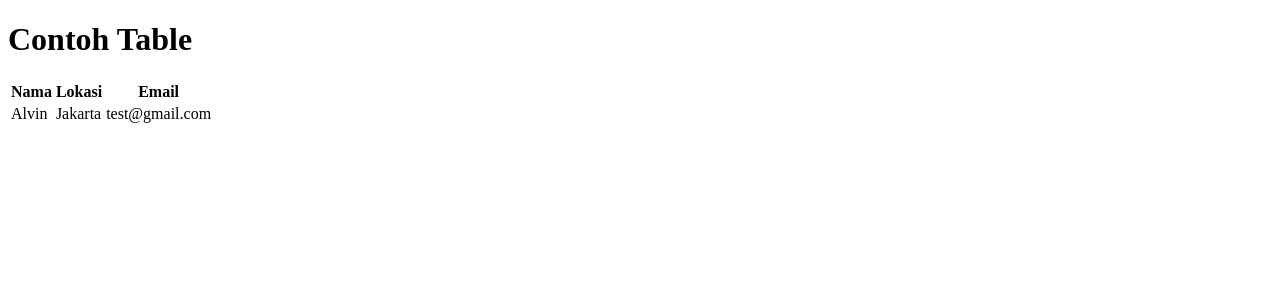
Repository: esramrsln/day2_RevoU
Page: table.html
The author's editor kept a copy of each file at every save. The page is drawn from the files as they stood at one save, then again after the next save.
The browser window is 1280 px wide. The pictures show the whole page.

Above is the page before, as saved 2024-07-23 19:39:59.

### table.html
<!DOCTYPE html>
<html>
<head>
    <meta charset="UTF-8" />
    <title>Membuat Table </title>
    <style>
        table, th, td {
            border: lpx solid black;
        }
    </style>
</head>
<body>
    <h1>Contoh Table</h1>
    <table>
        <tr>
            <th>Nama</th>
            <th>Lokasi</th>
            <th>Email</th>
        </tr>
        <tr>
            <td>Alvin</td>
            <td>Jakarta</td>
            <td>test@gmail.com</td>
        </tr>
    </table>
</body>
</html>

After the next save:
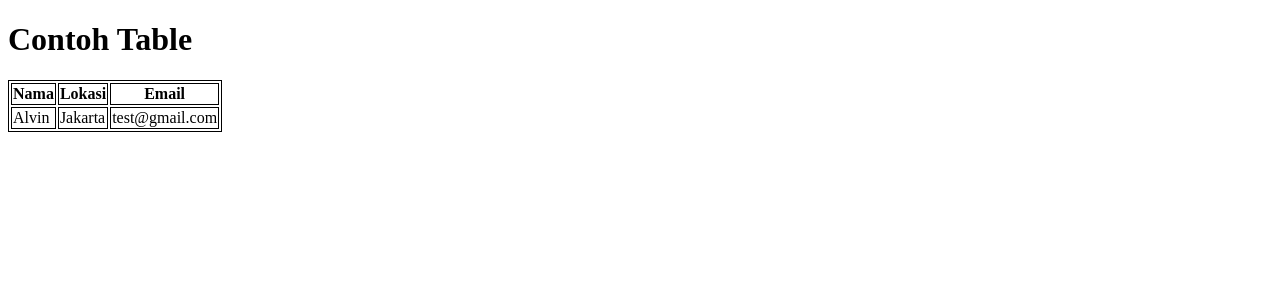
Saved 25 s later.
--- a/table.html
+++ b/table.html
@@ -5,7 +5,7 @@
     <title>Membuat Table </title>
     <style>
         table, th, td {
-            border: lpx solid black;
+            border: 1px solid black;
         }
     </style>
 </head>
